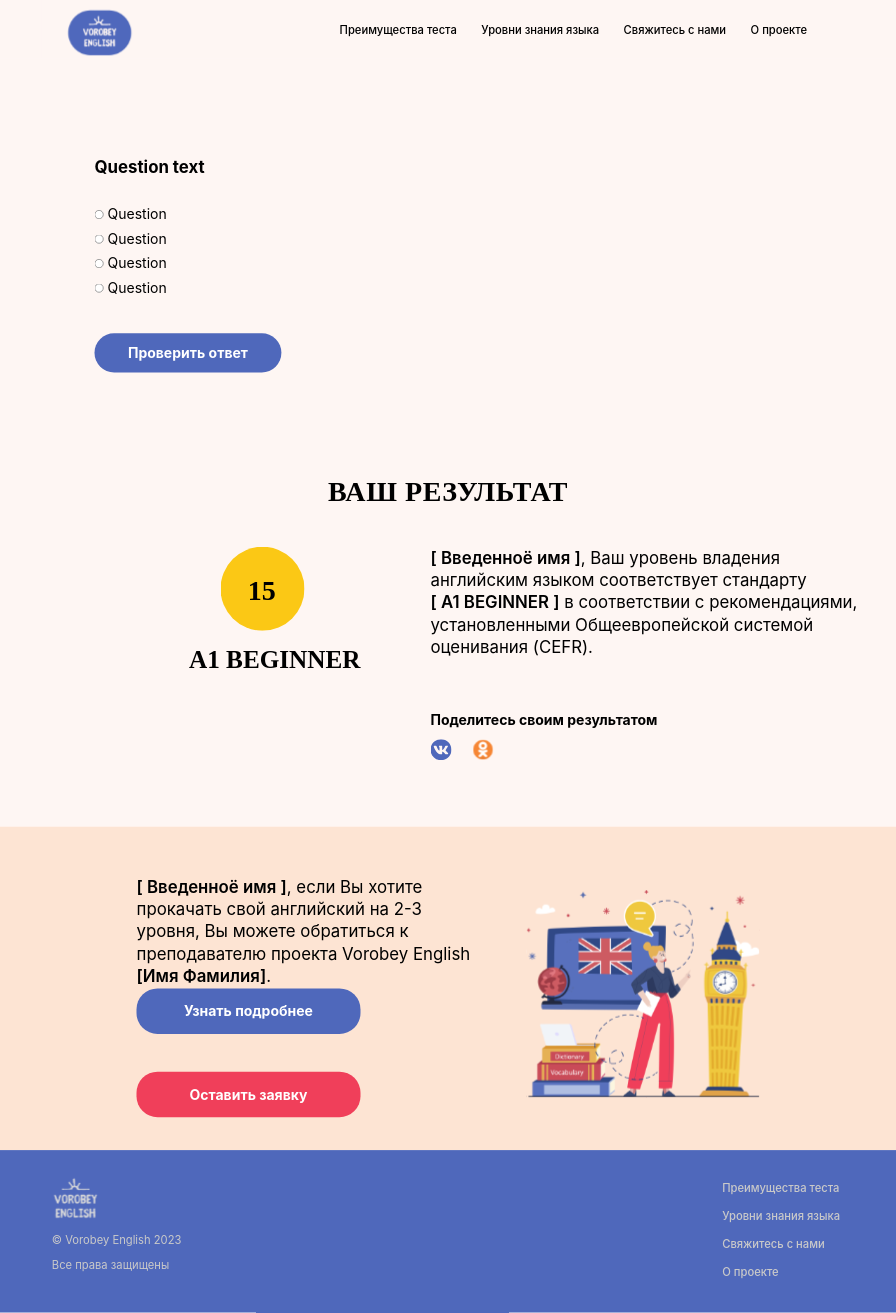
Repository: WladimirVA/PP-01-01_Dandelions
Page: test.html
These files come from the project's save history. The page is drawn as it stood at one moment and after the next save; the edit follows.
The browser window is 1280 px wide. The pictures show the whole page, at 70% of full size.

Above is the page before, as saved 2023-02-28 10:09:58.

After the next save:
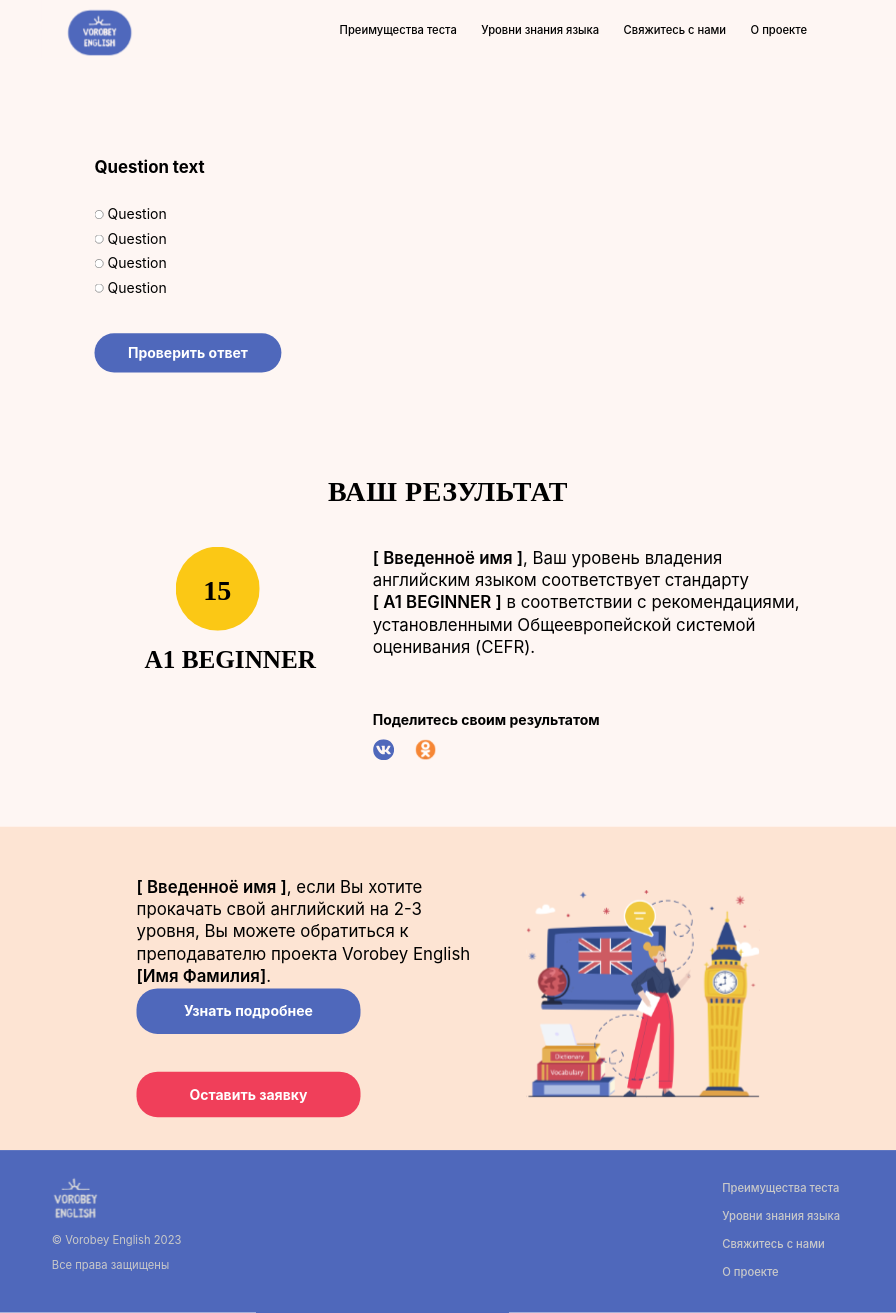
Saved 2 min 58 s later.
--- a/static/css/test.css
+++ b/static/css/test.css
@@ -77,6 +77,7 @@
 .result1 {
     display: flex;
     justify-content: space-around;
+    padding: 0 92px 0 166px;
 }
 
 .info-result-p {
@@ -101,9 +102,9 @@
     line-height: 48px;
 }
 
-.level-2 {
+/* .level-2 {
     margin-left: 220px;
-}
+} */
 
 .lavel-1 {
     font-family: 'Work Sans';
